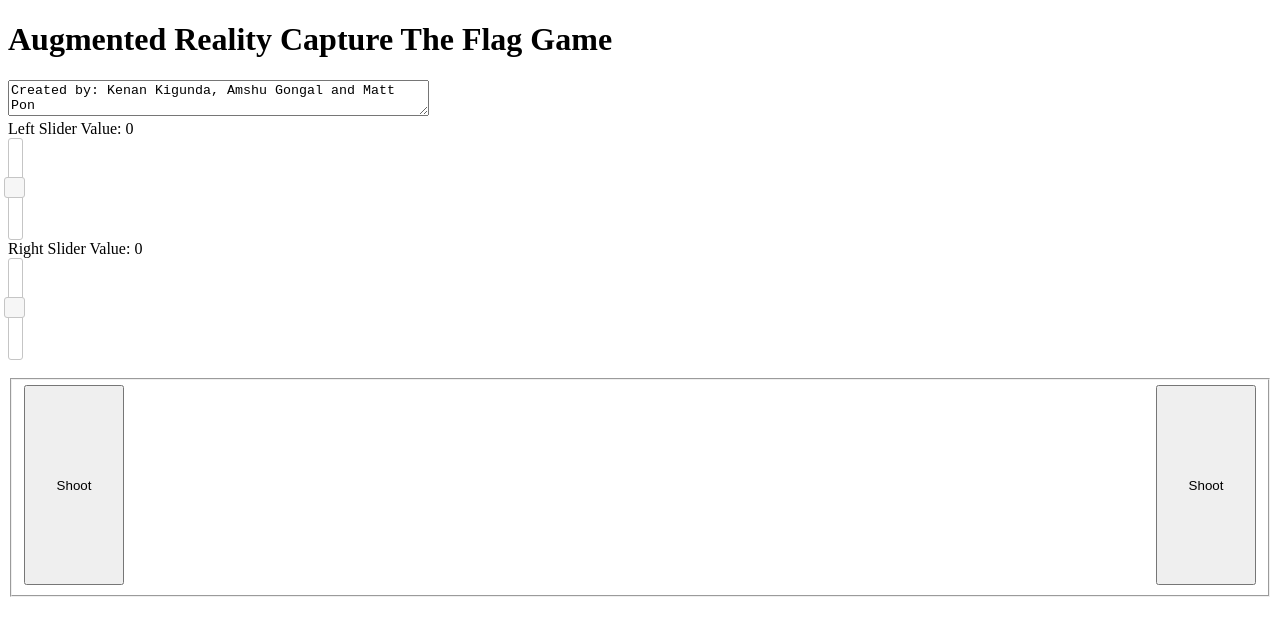
Repository: kigunda/ARCap
Page: Web/arcap/testUI.html
An editor plug-in stored every save of this project. The page is shown before and after the next save, followed by the edit.
The browser window is 1280 px wide. The pictures show the whole page.
Some web libraries are served in a nearby version.

Above is the page before, as saved 2014-03-30 19:03:34.
Console error: SyntaxError: Invalid or unexpected token

After the next save:
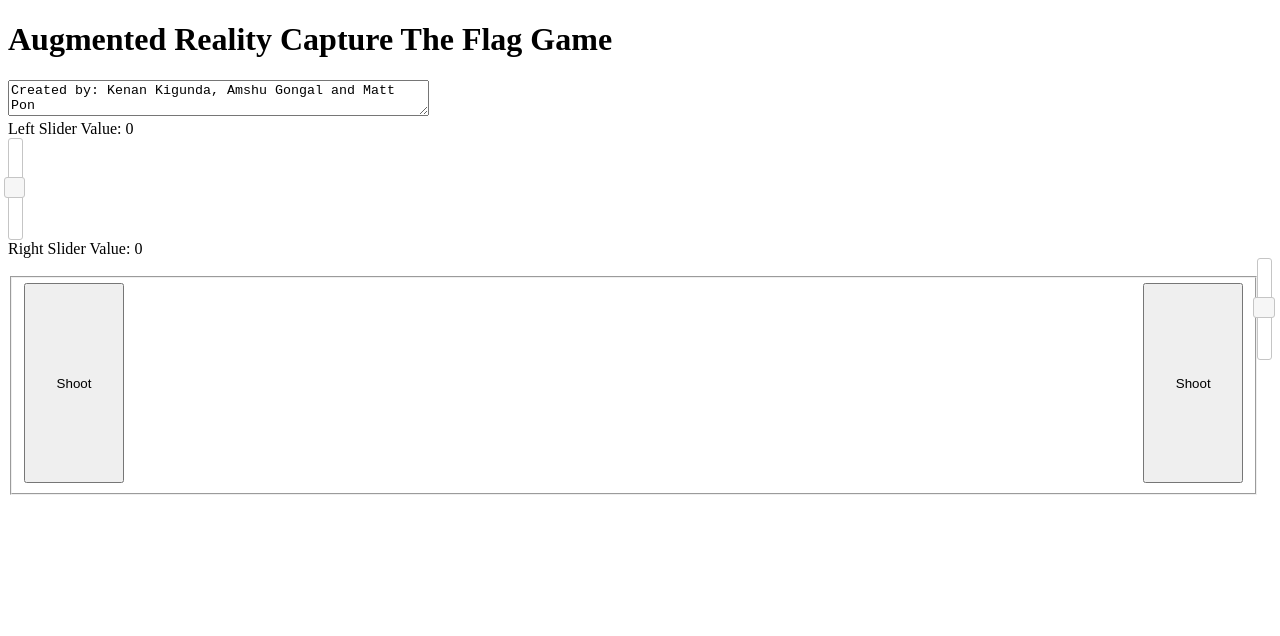
Saved 17 s later.
--- a/Web/arcap/testUI.html
+++ b/Web/arcap/testUI.html
@@ -45,7 +45,7 @@
 				<div id="rightVal">
 					Right Slider Value: <span id="currentvalright">0</span>
 				</div>
-				<div id="rightSlide" float="Right"></div>
+				<div id="rightSlide" style="float: right"></div>
 			</div>
 			<br>
 		</div>
